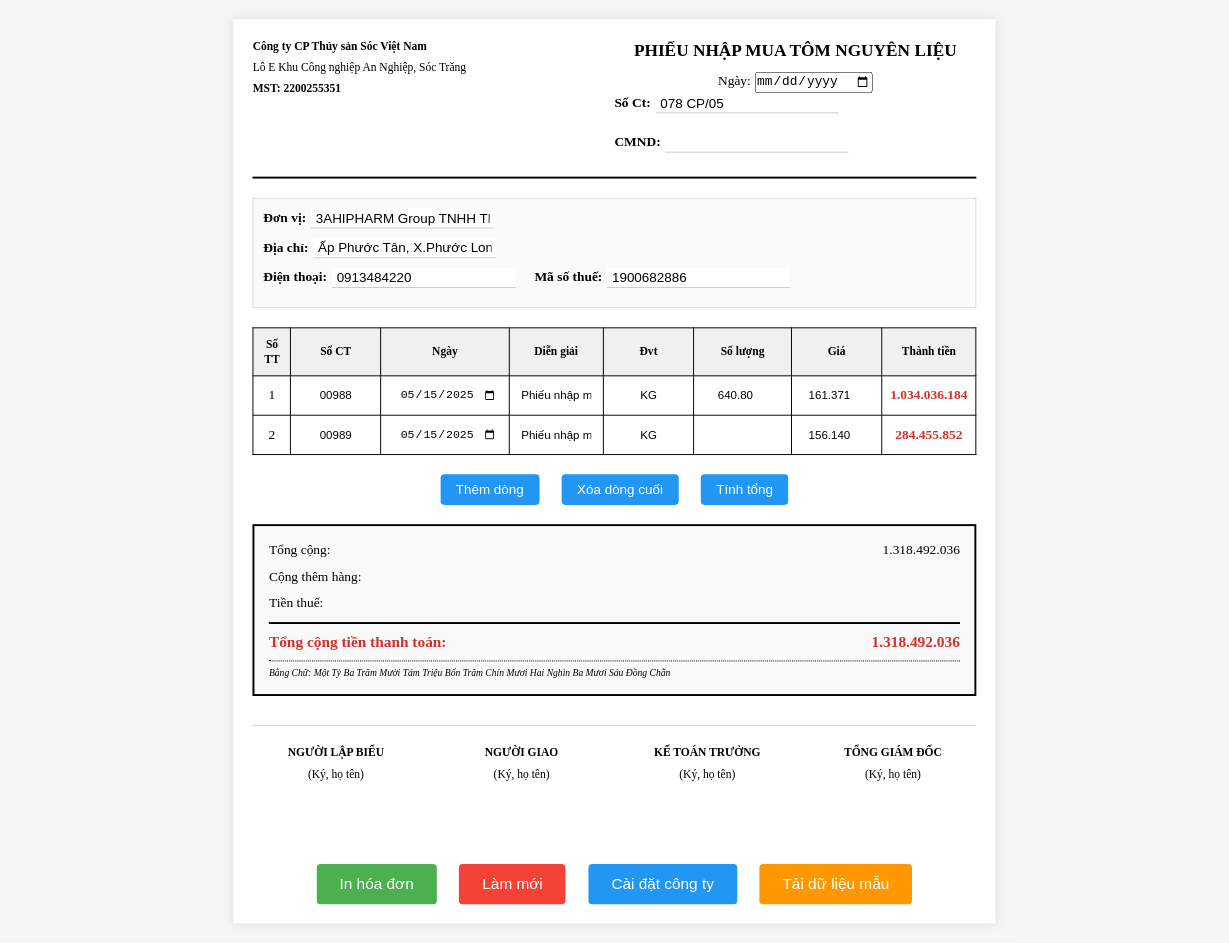
Repository: manhtuong0503/tom-nguyen-lieu
Page: index.html
An editor plug-in stored every save of this project. The page is shown before and after the next save, followed by the edit.
The browser window is 1280 px wide. The pictures show the whole page, at 96% of full size.

Above is the page before, as saved 2025-08-02 11:09:02.

After the next save:
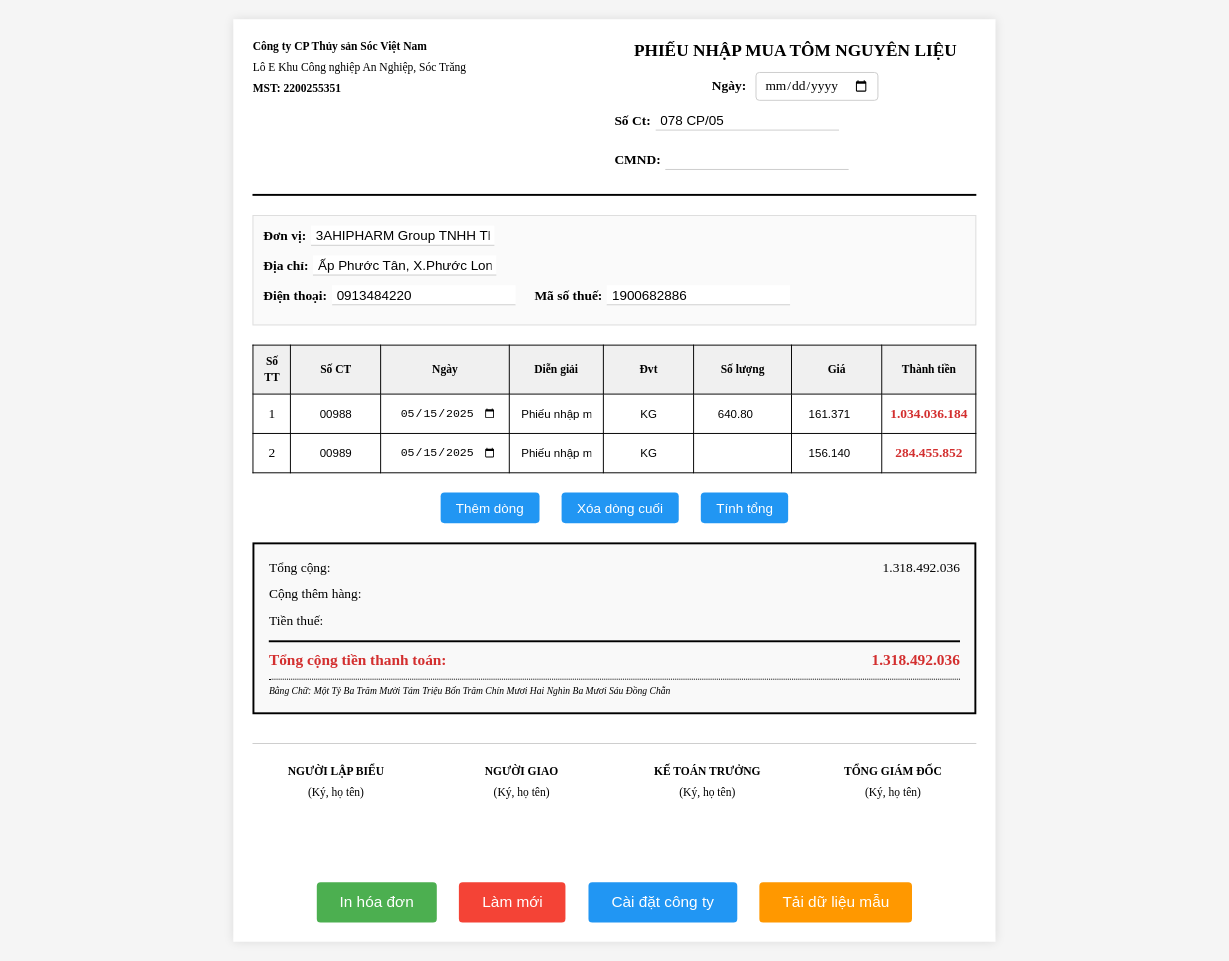
Saved 10 s later.
--- a/style.css
+++ b/style.css
@@ -47,6 +47,33 @@ body {
     font-weight: bold;
     margin-bottom: 10px;
     text-transform: uppercase;
+}
+
+.date-input-section {
+    margin-bottom: 10px;
+}
+
+.date-input-section label {
+    display: flex;
+    align-items: center;
+    justify-content: center;
+    gap: 10px;
+    font-weight: bold;
+    font-size: 14px;
+}
+
+.date-input {
+    border: 1px solid #ccc;
+    border-radius: 4px;
+    padding: 5px 8px;
+    font-size: 14px;
+    font-family: inherit;
+}
+
+.date-input:focus {
+    border-color: #2196F3;
+    outline: none;
+    box-shadow: 0 0 5px rgba(33, 150, 243, 0.3);
 }
 
 .form-row {
